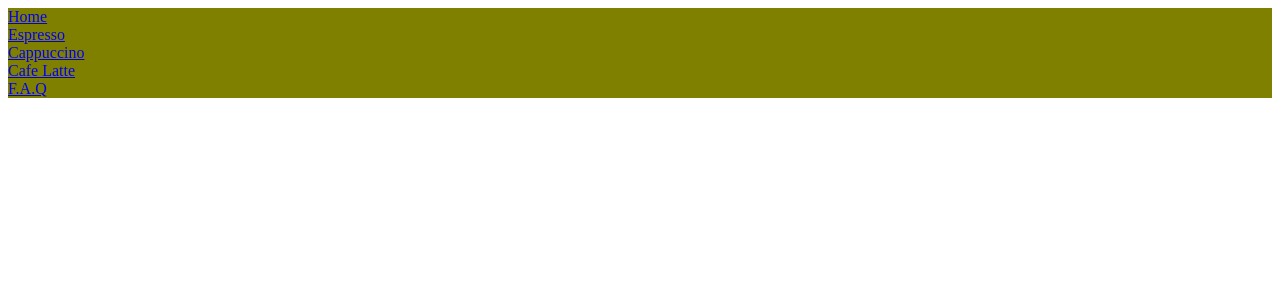
Repository: Gmajorlist/HTML
Page: css/src/main/webapp/06_cssDecorate/exam1.html
These files come from the project's save history. The page is drawn as it stood at one moment and after the next save; the edit follows.
The browser window is 1280 px wide. The pictures show the whole page.

Above is the page before, as saved 2023-03-16 03:01:41.

### css/src/main/webapp/06_cssDecorate/exam1.html
<!DOCTYPE html>
<html>
<head>
<meta charset="UTF-8">
<title>Insert title here</title>
<style type="text/css">
#menubar{
	background: olive;
}
#menubar ul{
	margin: 0;
	padding: 0;
	width: 570px;

}
#menubar ul li {
	display: inline-bock;

}
</style>
</head>
<body>
<div id="menubar">
	<ul>
		<li><a href="#">Home</a></li>
		<li><a href="#">Espresso</a></li>
		<li><a href="#">Cappuccino</a></li>
		<li><a href="#">Cafe Latte</a></li>
		<li><a href="#">F.A.Q</a></li>
	</ul>
</div>
</body>
</html>

After the next save:
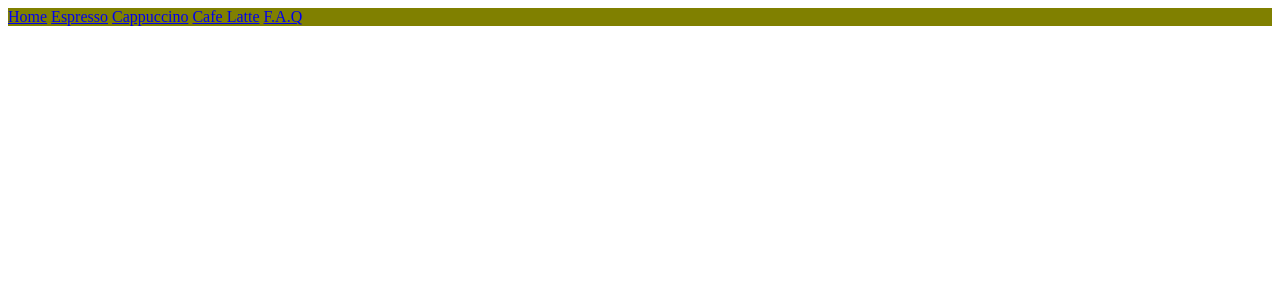
Saved 17 s later.
--- a/css/src/main/webapp/06_cssDecorate/exam1.html
+++ b/css/src/main/webapp/06_cssDecorate/exam1.html
@@ -14,7 +14,7 @@
 
 }
 #menubar ul li {
-	display: inline-bock;
+	display: inline-block;
 
 }
 </style>
